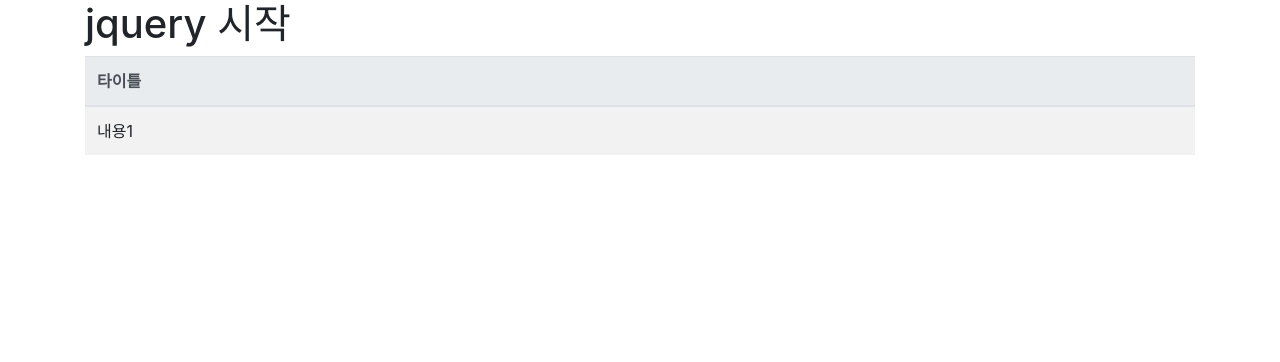
Repository: chanjungkim/vue_hrd
Page: vueexp/WebContent/a04_event/a02_buyProduct.html
The author's editor kept a copy of each file at every save. The page is drawn from the files as they stood at one save, then again after the next save.
The browser window is 1280 px wide. The pictures show the whole page.

Above is the page before, as saved 2019-09-21 01:56:39.

### vueexp/WebContent/a04_event/a02_buyProduct.html
<!DOCTYPE html>
<html>
<head>
<meta charset="UTF-8">
<title>Insert title here</title>
<link rel="stylesheet" href="../a00_com/bootstrap.min.css">
<link rel="stylesheet" href="../a00_com/jquery-ui.css">
<style type="text/css">
    .input-group-text{width:100%;}
    .input-group-prepend{width:30%;}
    input[type="text"], label {
        margin-bottom: 12px; padding: .4em;
        width: 95%;
    }
</style>
<script src="../a00_com/jquery.min.js"></script>
<script src="../a00_com/popper.min.js"></script>
<script src="../a00_com/bootstrap.min.js"></script>
<script type="text/javascript"
	src="../a00_com/jquery-3.4.1.js"></script>
<script  src="../a00_com/vue.min.js" type="text/javascript"></script>
<script src="../a00_com/jquery-ui.js"></script>
<script type="text/javascript">
	$(document).ready(function(){
		$("h1").html("jquery 시작");
	});
</script>
</head>
<body>
<div class="container">
    <h1></h1>
	<table class="table table-hover table-striped">
		<col width="100%">
		<thead class="thead-light">
			<tr><th>타이틀</th></tr>
		</thead>
		<tr><td>내용1</td></tr>
	</table>
</div>
</body>
</html>

Loaded but not shown: vueexp/WebContent/a00_com/bootstrap.min.css (library); vueexp/WebContent/a00_com/jquery-ui.css (library); vueexp/WebContent/a00_com/jquery.min.js (library); vueexp/WebContent/a00_com/popper.min.js (library); vueexp/WebContent/a00_com/bootstrap.min.js (library); vueexp/WebContent/a00_com/jquery-3.4.1.js (library); vueexp/WebContent/a00_com/vue.min.js (library); vueexp/WebContent/a00_com/jquery-ui.js (library)

After the next save:
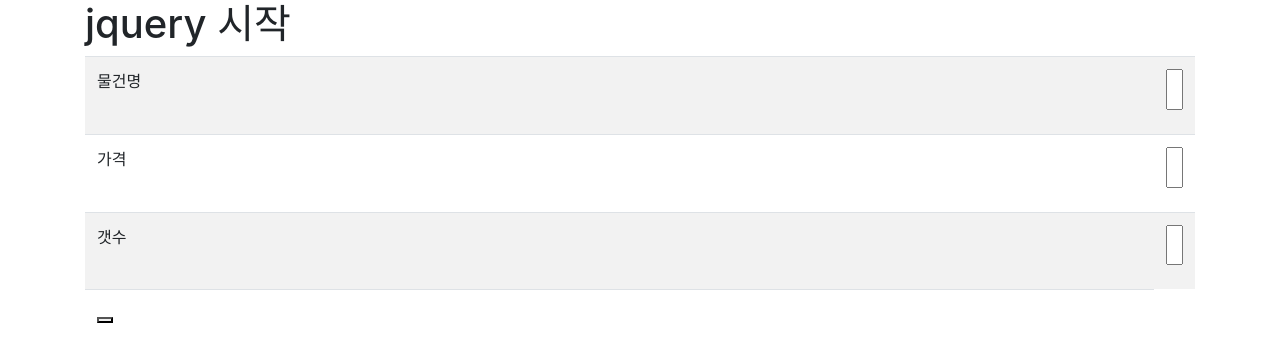
Saved 3 min 16 s later.
--- a/vueexp/WebContent/a04_event/a02_buyProduct.html
+++ b/vueexp/WebContent/a04_event/a02_buyProduct.html
@@ -6,36 +6,54 @@
 <link rel="stylesheet" href="../a00_com/bootstrap.min.css">
 <link rel="stylesheet" href="../a00_com/jquery-ui.css">
 <style type="text/css">
-    .input-group-text{width:100%;}
-    .input-group-prepend{width:30%;}
-    input[type="text"], label {
-        margin-bottom: 12px; padding: .4em;
-        width: 95%;
-    }
+.input-group-text {
+	width: 100%;
+}
+
+.input-group-prepend {
+	width: 30%;
+}
+
+input[type="text"], label {
+	margin-bottom: 12px;
+	padding: .4em;
+	width: 95%;
+}
 </style>
 <script src="../a00_com/jquery.min.js"></script>
 <script src="../a00_com/popper.min.js"></script>
 <script src="../a00_com/bootstrap.min.js"></script>
-<script type="text/javascript"
-	src="../a00_com/jquery-3.4.1.js"></script>
-<script  src="../a00_com/vue.min.js" type="text/javascript"></script>
+<script type="text/javascript" src="../a00_com/jquery-3.4.1.js"></script>
+<script src="../a00_com/vue.min.js" type="text/javascript"></script>
 <script src="../a00_com/jquery-ui.js"></script>
 <script type="text/javascript">
-	$(document).ready(function(){
+	$(document).ready(function() {
 		$("h1").html("jquery 시작");
 	});
 </script>
 </head>
 <body>
-<div class="container">
-    <h1></h1>
-	<table class="table table-hover table-striped">
-		<col width="100%">
-		<thead class="thead-light">
-			<tr><th>타이틀</th></tr>
-		</thead>
-		<tr><td>내용1</td></tr>
-	</table>
-</div>
+	<div class="container">
+		<h1></h1>
+		<table class="table table-hover table-striped">
+			<col width="100%">
+			<tr>
+				<td>물건명</td>
+				<td><input type="text" /></td>
+			</tr>
+			<tr>
+				<td>가격</td>
+				<td><input type="text" /></td>
+			</tr>
+			<tr>
+				<td>갯수</td>
+				<td><input type="text" /></td>
+			</tr>
+			<tr>
+				<td><button text="구매" /></td>
+			</tr>
+
+		</table>
+	</div>
 </body>
 </html>
